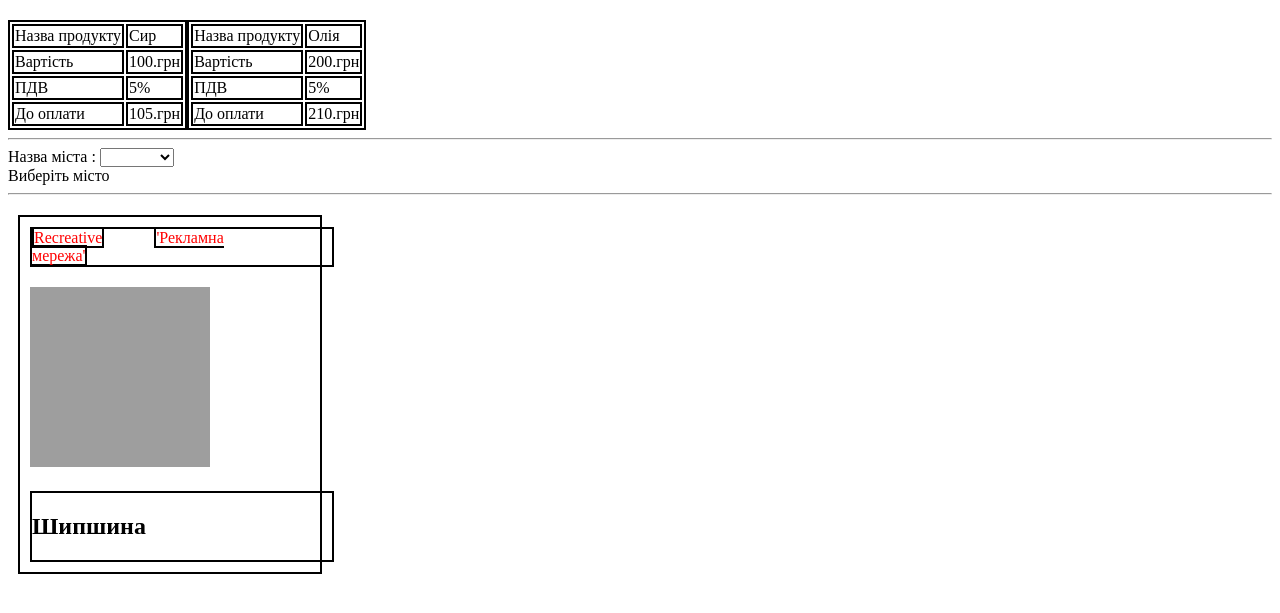
Repository: AnatoliyZaporozhets/HomeTask
Page: / (app in HomeWork_1/)
The author's editor kept a copy of each file at every save. The page is drawn from the files as they stood at one save, then again after the next save.
The browser window is 1280 px wide. The pictures show the whole page.
Pictures or frames that could not be fetched are drawn as grey boxes. The project was rebuilt for these pictures with package versions that can differ from the ones it lists, and the page was loaded fresh each time.

Above is the page before, as saved 2022-04-12 21:03:57.

### HomeWork_1/src/App.vue
<template>
  <div>
    <!-- <img alt="Vue logo" src="./assets/logo.png" /> -->
    <!-- 3. Використовуємо -->
    <products-list :product-list-data="listData" />
    <hr>
    <weather
     :wetherData='weatherDataList'
    />
    <hr>
    <banner-list
    :bannerListData='bannerData'
    />

  </div>
</template>

<script>
//1.Імпортуємо компонент
import ProductsList from './components/ProductsList'
import Weather from './components/Weather'
import BannerList from './components/BannerList'
export default {
  name: 'App',
  components: {
    //2.Реєструємо
    ProductsList,
    Weather,
    BannerList
  },

  data() {
    return {
      listData: [
        {
          id: 1,
          productName: 'Сир',
          price: 100,

        },
        {
          id: 2,
          productName: 'Олія',
          price:200,

        },
      ],
      weatherDataList:[
        {
          id:12,
          nameCity:'Ужгород',
          day:12,
          temperature:12,
          humidity:82,
          atmosphericPressure:742,
          windSpeed:2

        },
        {
          id:13,
          nameCity:'Київ',
          day:13,
          temperature:13,
          humidity:83,
          atmosphericPressure:743,
          windSpeed:3

        },
        {
          id:14,
          nameCity:'Харків',
          day:14,
          temperature:14,
          humidity:84,
          atmosphericPressure:744,
          windSpeed:4

        },
      ]
      ,
      bannerData:[
        {
          id:1,
          name:'Шипшина',
          img:'https://encrypted-tbn0.gstatic.com/images?q=tbn:ANd9GcSk21azxKyx0qXvegHq3pSXs49D-UCsi5gBQg&usqp=CAU',
        },
      ]
    }
  },
}
</script>

<style>
#app {

  /* text-align: center; */

  margin-top: 20px;
}
</style>

### HomeWork_1/src/components/ProductsList/index.vue
<template>
  <div class="list-container">
    <product-card
      v-for="product in productListData"
      :key="product.id"
      :productName="product.productName"
      :price="product.price"
      :pdv="product.pdv"
    />
  </div>
</template>

<script>
import ProductCard from './ProductCard'
export default {
  name: 'ProductList',

  components: {
    ProductCard,
  },

  props: {
    productListData: {
      type: Array,
      default: () => [], //Якщо об"єкт - то функція, що повертає значення
    },
  },
}
</script>

<style lang="css" scoped>
.list-container {
  display: flex;
}
</style>

### HomeWork_1/src/components/Weather/index.vue
<template>
    <div>
        <label>
          Назва міста :
          <select v-model="searchCityTitle">
            <option
              v-for="wether in wetherData"
              :key="wether.id"
              :value="wether.nameCity"
            >
              {{wether.nameCity}}

            </option>
          </select>
        </label>
      </div>
      <div v-if="searchCityTitle">
   <div v-for="weather in filteredWetherListData" :key="weather.id">
     <div>День : {{weather.day}}</div>
     <div> Температура : {{weather.temperature}} С</div>
     <div class="weather">
        <h2>Погодні умови : </h2>
           <ul style="list-style-type:none;">
           <li>Вологість:{{weather.humidity}}%</li>
           <li>Тиск:{{weather.atmosphericPressure}}.атм</li>
           <li>Швидкість вітру{{weather.windSpeed}} м/с</li>
         </ul>
      </div>
   </div>
   </div>
   <div v-else>Виберіть місто</div>
</template>

<script>
    export default {
  name: 'Weather',

  props: {
    wetherData: {
      type: Array,
      default: () => [],
    },
  },

    data(){
        return{
          searchCityTitle: null
        }
    },
    computed:{
        filteredWetherListData(){
           return  this.wetherData.filter((wether) =>
          wether.nameCity.includes(this.searchCityTitle
        ));
    }}}
</script>

<style lang="css" scoped>
.weather{
  border: 2px solid black;
}
</style>

### HomeWork_1/src/components/BannerList/index.vue
<template>
    <div>
        <banner v-for="banner in bannerListData"
        :key="banner.id"
        :img='banner.img'
        :name='banner.name'

        />
    </div>
</template>

<script>
import Banner from './Banner'
 export default {
        name: 'BannerList',

        components:{
            Banner,
        },
    props:{
        bannerListData:{
            type: Array,
            default:()=>[]
        },
        },
    }

</script>

<style lang="css" scoped>

</style>

### HomeWork_1/src/components/ProductsList/ProductCard/index.vue
<template>
  <div class="container">
    <table>
        <tr>
            <td>Назва продукту</td>
            <td>{{productName}}</td>
        </tr>
        <tr>
            <td>Вартість</td>
            <td>{{price}}.грн</td>
        </tr>
        <tr>
            <td>ПДВ</td>
            <td>{{pdv}}%</td>
        </tr>
        <tr>
            <td>До оплати</td>
            <td>{{ (price*((100+pdv)/100))}}.грн</td>
        </tr>
    </table>
  </div>
</template>

<script>
export default {
  name: 'ProductCard',

  props: {
    productName: {
      type: String,
      required: true,
    },
    price: {
      type: Number,
      required: true,
    },
    pdv: {
      type: Number,
      default: 5,
    },
  },

}
</script>

<style lang="css" scoped>
.container{
    border: 2px solid black;
}
td{
  border: 2px solid black;
}
</style>

### HomeWork_1/src/components/BannerList/Banner/index.vue
<template>
    <div id="app">
        <div>
            <label class="label">Recreative</label>
            <label class="label">'Рекламна мережа'</label>
        </div>

            <img :src="img" alt="">


        <div>
            <h2>{{name}}</h2>
        </div>
    </div>
</template>

<script>
    export default {
        name:'Banner',
        props: {
    img: {
      type: String,
      required: true,
    },
    name: {
      type: String,
      required: true,
    },
  },
    }
</script>

<style lang="css" scoped>
img{
    margin: 10px;
    height: 180px;
    width: 180px;
}
.label{
   color: red;
   margin-right:  50px; ;
   border: 2px solid black;

}
div{
 margin: 10px;
    border: 2px solid black;
    width: 300px;
}
#app{

}
</style>

Loaded but not shown: HomeWork_1/public/index.html (common file); HomeWork_1/src/main.js (common file)

After the next save:
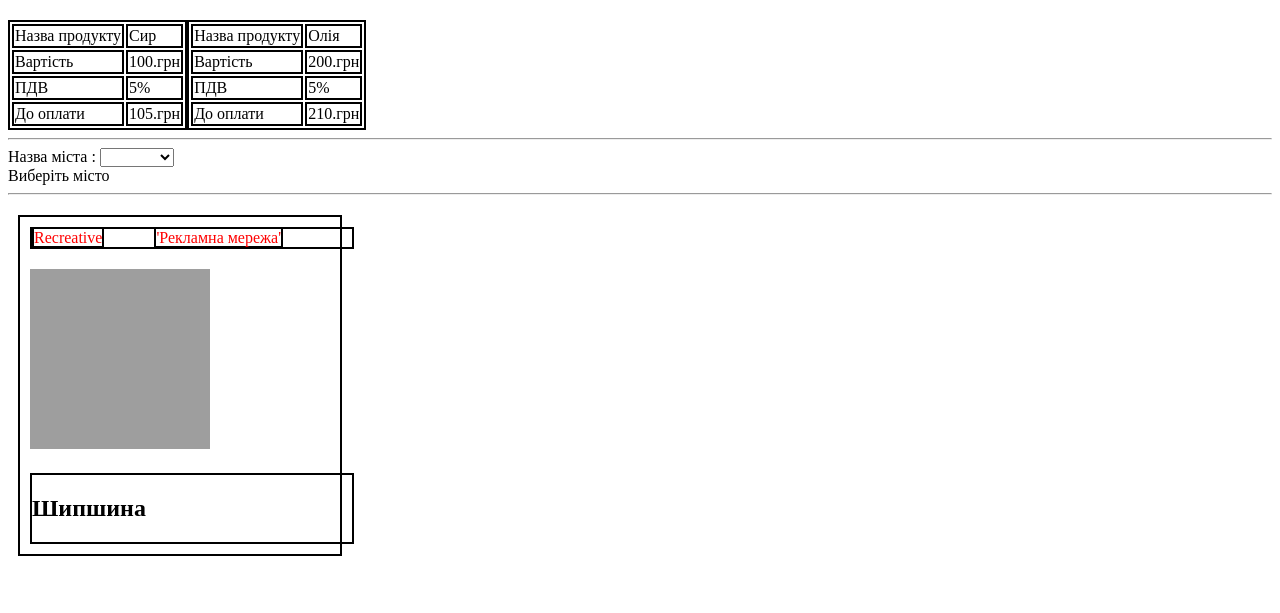
Saved 6 s later.
--- a/HomeWork_1/src/components/BannerList/Banner/index.vue
+++ b/HomeWork_1/src/components/BannerList/Banner/index.vue
@@ -45,7 +45,7 @@ img{
 div{
  margin: 10px;
     border: 2px solid black;
-    width: 300px;
+    width: 320px;
 }
 #app{
 
